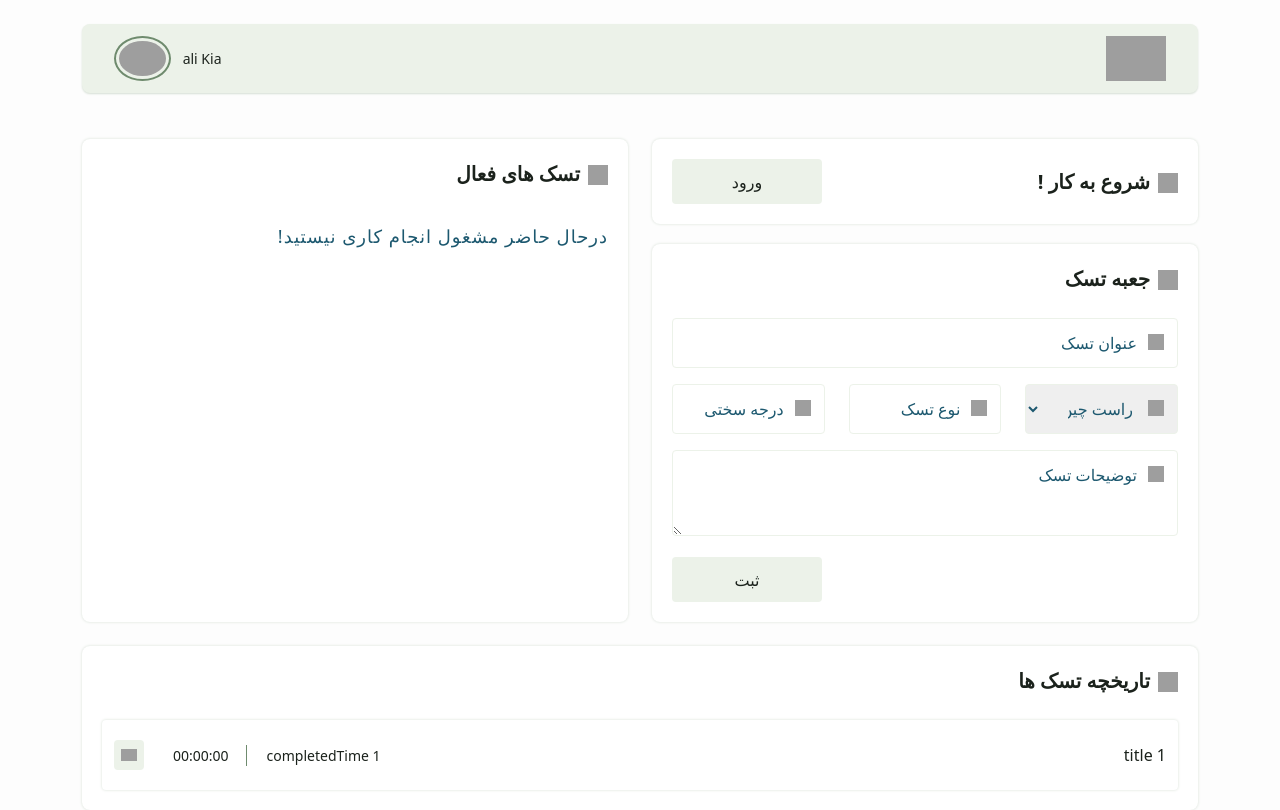
Repository: alirezvanikia/dynamic-form
Page: /
These files come from the project's save history. The page is drawn as it stood at one moment and after the next save; the edit follows.
The browser window is 1280 px wide. The pictures show the whole page.
Pictures or frames that could not be fetched are drawn as grey boxes. The project was rebuilt for these pictures with package versions that can differ from the ones it lists, and the page was loaded fresh each time. Also part of the build but not shown: vite.config.js, src/components/taskModal.vue.

Above is the page before, as saved 2024-11-09 21:40:58.

### src/App.vue
<template>
  <div class="task-manager" ref="taskManagerDiv">
    <div class="container">
      <header class="header">
        <div class="header__logo">
          <img class="header__image" src="./media/rtl-logo.png" alt="logo">
        </div>
        <div class="header__avatar">
          <div class="header__name">
            ali Kia
          </div>
          <img class="header__image" src="./media/avatar.png" alt="avatar">
        </div>
      </header>
      <div class="task-manager-area row">
        <div class="col-lg-6">
          <div class="task-manager-box task-manager-box__attendance-time">
            <div class="task-manager-title">
              <div class="task-manager-title__icon">
                <img src="./icons/cookie.svg" class="task-manager-icon" alt="cookie">
              </div>
              <div class="task-manager-title__text">
                شروع به کار !
              </div>
            </div>
            <div class="task-manager-box__attendance-btn">
              <button @click="addTask" class="btn btn--green me-auto">ورود</button>
            </div>
          </div>
          <div class="task-manager-box">
            <div class="task-manager-values">
              <div class="task-manager-title">
                <div class="task-manager-title__icon">
                  <img src="./icons/add-task-box.svg" class="task-manager-icon" alt="hand-scanner">
                </div>
                <div class="task-manager-title__text">
                  جعبه تسک
                </div>
              </div>
              <div class="row">
                <div class="col-lg-12">
                  <div class="task-manager-input">
                    <input v-model="newTaskTitle" type="text" placeholder="عنوان تسک"
                      class="task-manager-input__inner" />
                    <img src="./icons/pencil.svg" class="task-manager-icon" alt="pencil">
                  </div>
                </div>
                <div class="col-lg-4">
                  <div class="task-manager-input">
                    <select class="task-manager-input__inner" v-model="newTaskCategory"
                      aria-label="Default select example">
                      <option selected Default value="راست چین">راست چین</option>
                      <option value="هاست">هاست</option>
                      <option value="جلسه">جلسه</option>
                      <option value="متفرقه">متفرقه</option>
                    </select>
                    <img src="./icons/file-search.svg" class="task-manager-icon" alt="pencil">
                  </div>
                </div>
                <div class="col-lg-4">
                  <div class="task-manager-input">
                    <input type="text" v-model="newTaskType" placeholder="نوع تسک" class="task-manager-input__inner">
                    <img src="./icons/chart-network.svg" class="task-manager-icon" alt="chart-network">
                  </div>
                </div>
                <div class="col-lg-4">
                  <div class="task-manager-input">
                    <input type="number" v-model="newTaskLevel" placeholder="درجه سختی"
                      class="task-manager-input__inner">
                    <img src="./icons/tornado.svg" class="task-manager-icon" alt="tornado">
                  </div>
                </div>
                <div class="col-lg-12">
                  <div class="task-manager-input">
                    <textarea class="task-manager-input__inner" v-model="newTaskDescription" placeholder="توضیحات تسک"
                      id="exampleFormControlTextarea1" rows="3"></textarea>
                    <img src="./icons/microphone-alt.svg" class="task-manager-icon" alt="chart-network">
                  </div>
                </div>
                <div class="task-manager__action">
                  <button @click="addTask" class="btn btn--green me-auto">ثبت</button>
                </div>
              </div>
            </div>
          </div>
        </div>
        <div class="col-lg-6">
          <div class="task-manager-box h-100">
            <div class="task-manager-actives">
              <div class="task-manager-title">
                <div class="task-manager-title__icon">
                  <img src="./icons/recycle.svg" class="task-manager-icon" alt="hand-scanner">
                </div>
                <div class="task-manager-title__text">
                  تسک های فعال
                </div>
              </div>
            </div>
            <div class="row">
              <div class="col-lg-12">
                <div class="task-manager-card-container">
                  <!--
                  create cards and add 'activeTasks' for all
                  - `key`: every tasks key
                  - `isCompleted`: tasks status
                  - `@end-task="completeTask(task.id)`: call completed task with id after end task
                -->
                  <taskCard v-for="task in activeTasks" :key="task.id" :title="task.title"
                    :isCompleted="task.isCompleted" :id="task.id" @end-task="completeTask"
                    :completedTime="task.completedTime" @pause-task="pauseTask" @resume-task="resumeTask" />
                  <!-- For when the box is empty-->
                  <div class="task-manager-box__empty" v-if="activeTasks.length == 0">
                    درحال حاضر مشغول انجام کاری نیستید!
                  </div>
                </div>
              </div>
            </div>
          </div>
        </div>
        <div class="col-lg-12">
          <div class="task-manager-box mt-4">
            <div class="task-manager-history">
              <div class="task-manager-title">
                <div class="task-manager-title__icon">
                  <img src="./icons/time-twenty-four.svg" class="task-manager-icon" alt="time-twenty-four">
                </div>
                <div class="task-manager-title__text">
                  تاریخچه تسک ها
                </div>
              </div>
              <div class="task-manager-card-container">
                <div class="task-manager-card-container">
                  <taskCard v-for="task in completedTasks" :key="task.id" :title="task.title" :type="task.type"
                    :category="task.category" :isCompleted="task.isCompleted" :id="task.id"
                    :completedTime="task.completedTime" @detail-task="showTaskDetails(task.id)"
                    @end-task="completeTask" />
                </div>

              </div>
              <!-- For when the box is empty-->
              <div class="task-manager-box__empty" v-if="completedTasks.length == 0">
                تسک انجام شده ای در تاریخچه شما یافت نشد!
              </div>
            </div>
          </div>
        </div>
      </div>
    </div>

    <taskModal v-if="isModalVisible" :taskTitle="selectedTaskTitle" :taskCategory="selectedTaskCategory"
      :taskType="selectedTaskType" :taskLevel="selectedTaskLevel" :taskDescription="selectedTaskDescription"
      @close="hideTaskDetails" />

  </div>
</template>

<script>
//import axios from 'axios';
import taskCard from './components/taskCard.vue';
import TaskModal from './components/taskModal.vue';

export default {
  components: { taskCard, TaskModal },
  data() {
    return {
      newTaskTitle: '', // Save input value
      newTaskType: '', // Save input type
      newTaskLevel: '', // Save input type
      tasks: [], // Tasks list
      newTaskCategory: 'راست چین', // مقدار پیش‌فرض برای نمایش «راست چین»
      isModalVisible: false, // متغیر برای کنترل نمایش مدال
      selectedTaskTitle: '',
      selectedTaskCategory: '',
      selectedTaskType: '',
      selectedTaskLevel: '',
      selectedTaskDescription: '',
    };
  },
  computed: {
    activeTasks() {
      return this.tasks.filter(task => !task.isCompleted);
    },
    completedTasks() {
      return this.tasks.filter(task => task.isCompleted);
    },
  },
  methods: {
    fetchTasks() {
      fetch('/jsonData.json')
        .then(response => response.json())
        .then(data => {
          // Assuming each task has `isCompleted` property, if not, initialize it
          this.tasks = data.map(task => ({
            ...task, title: task.title,
            category: task.category,
            type: task.type,
            level: task.level,
            description: task.description,
            completedDate: task.completedDate,
            isCompleted: task.completedTime
              ? true : false
          })
          );
        })
        .catch(error => console.error('Error fetching tasks:', error));
    },

    addTask() {
      // افزودن تسک جدید به لیست تسک‌ها
      if (this.newTaskTitle) {
        this.tasks.push({
          id: Math.floor(Math.random() * 1000000), // تولید شناسه یکتا برای تسک
          title: this.newTaskTitle,
          type: this.newTaskType,
          category: this.newTaskCategory,
          level: this.newTaskLevel,
          description: this.newTaskDescription,
          isCompleted: false // وضعیت تکمیل نشده
        });
        // بازنشانی مقادیر فیلدهای فرم تسک جدید
        this.newTaskTitle = '';
        this.newTaskType = '';
        this.newTaskCategory = 'راست چین';
        this.newTaskLevel = '';
        this.newTaskDescription = '';
      }
    },

    completeTask(completedTime, id, completedElapsedTime) {
      // تابعی برای علامت زدن تسک به عنوان تکمیل شده
      const task = this.tasks.find(task => task.id === id); // پیدا کردن تسکی با شناسه‌ی مشخص
      if (task) { // بررسی وجود تسک
        task.isCompleted = true; // تنظیم وضعیت تسک به تکمیل شده
        task.completedTime = completedTime; // ثبت زمان تکمیل
        console.log(completedElapsedTime);
      }
    },

    pauseTask(id) {
      console.log(`Paused task with ID: ${id}`);
    },
    resumeTask(id) {
      console.log(`Resumed task with ID: ${id}`);
    },
    detailTask(id) {
      console.log(`Detail for task with ID: ${id}`);
      const taskManagerDiv = this.$refs.taskManagerDiv;

      // Log the div to the console
      console.log(taskManagerDiv);
    },
    removeCompletedTask(id) {
      this.tasks = this.tasks.filter(task => task.id !== id);
    },
    showTaskDetails(id) {
      const task = this.tasks.find(task => task.id === id);
      if (task) {
        this.selectedTaskTitle = task.title;
        this.selectedTaskCategory = task.category;
        this.selectedTaskType = task.type;
        this.selectedTaskLevel = task.level;
        this.selectedTaskDescription = task.description;

        this.isModalVisible = true;
      }
      console.log(`Show details for task with ID: ${id}`);
      const taskManagerDiv = this.$refs.taskManagerDiv;
      let overlayDiv = taskManagerDiv.querySelector('.overlay');

      if (!overlayDiv) {
        overlayDiv = document.createElement('div');
        overlayDiv.classList.add('overlay');
        overlayDiv.addEventListener('click', this.hideTaskDetails);
        taskManagerDiv.appendChild(overlayDiv);
      }
    },
    hideTaskDetails() {
      this.isModalVisible = false;
      const taskManagerDiv = this.$refs.taskManagerDiv;
      const overlayDiv = taskManagerDiv.querySelector('.overlay');
      if (overlayDiv) {
        taskManagerDiv.removeChild(overlayDiv);
      }
    },

    resetFormFields() {
      this.newTaskTitle = '';
      this.newTaskType = '';
      this.newTaskCategory = 'راست چین';
      this.newTaskLevel = '';
      this.newTaskDescription = '';
    },
  },
  created() {
    this.fetchTasks(); // فراخوانی داده‌ها هنگام لود شدن صفحه
  },

  mounted() {
    this.fetchTasks();
  }
};
</script>

### src/assets/app.scss
$color-white: #FFF;
$color-black: #1b221c;
$color-light: #ecf2e9;
$color-green: #6f8b6e;
$color-blue: #1c586f;
$radius-primary: 4px;
$radius-secondary: 8px;

* {
    margin: 0;
    padding: 0;
    box-sizing: border-box;
}

input[type=number]::-webkit-inner-spin-button,
input[type=number]::-webkit-outer-spin-button {
    -webkit-appearance: none;
    -moz-appearance: none;
    appearance: none;
}

body {
    direction: rtl;
    color: $color-black;
    font-size: 14px;
    font-weight: 400;
    background-color: #FDFDFD;
}

.btn {
    display: flex;
    align-items: center;
    justify-content: center;
    height: 45px;
    border-radius: $radius-primary;
    border: none;
    min-width: 150px;
    transition: all 0.3s;

    &.btn--green {
        background-color: $color-light;
        color: $color-black;

        &:hover {
            background-color: $color-green;
            color: $color-white;
            transition: all 0.3s;
        }
    }

    &.btn--blue {
        background-color: $color-blue;
        color: $color-white;

        &:hover {
            background-color: $color-blue;
            color: $color-white;
            transition: all 0.3s;
        }
    }

    &.btn--square {
        width: 30px;
        height: 30px;
        min-width: auto;

        img {
            width: 16px;
        }
    }
}

.overlay {
    background-color: #2a2a2ab8;
    position: fixed;
    width: 100%;
    height: 100%;
    z-index: 99;
    top: 0;
    right: 0;
}

.header {
    display: flex;
    justify-content: space-between;
    align-items: center;
    padding: 12px 32px;
    background-color: $color-light;
    border-radius: $radius-secondary;
    box-shadow: 0 1px 2px #d6dfd5;
    margin-top: 24px;

    &__avatar {
        display: flex;
        align-items: center;
        justify-content: center;
        gap: 12px;

        .header__image {
            border-radius: 50%;
            border: 2px solid $color-green;
            padding: 3px;
        }
    }

    &__image {
        height: 45px;
    }

    &__name {
        color: $color-black;
        font-size: 14px;
        font-weight: 500;
    }
}

.task-manager {
    &-box {
        padding: 20px;
        border-radius: $radius-secondary;
        box-shadow: 0 0 3px #d6dfd5;
        background-color: $color-white;

        &__empty {
            margin-top: 10px;
            font-size: 18px;
            color: $color-blue;
            letter-spacing: 1px;
        }

        &__attendance-time {
            height: auto;
            margin-bottom: 20px;
            display: flex;
            align-items: center;
            justify-content: space-between;

            .task-manager-title {
                margin-bottom: 0;
            }
        }
    }

    &-area {
        margin-top: 46px;
    }

    &-icon {
        width: 20px;
        height: 20px;
    }

    &-title {
        display: flex;
        align-items: center;
        justify-content: flex-start;
        gap: 8px;
        margin-bottom: 24px;

        &__text {
            color: $color-black;
            font-size: 20px;
            font-weight: 600;
        }
    }

    &-input {
        position: relative;
        margin-bottom: 16px;

        &__inner {
            min-height: 50px;
            border: 1px solid $color-light;
            border-radius: $radius-primary;
            width: 100%;
            padding: 0 40px 0 26px;
            font-size: 16px;
            color: $color-blue;

            &::placeholder {
                color: $color-blue;
            }

            &:focus-visible {
                outline: -webkit-focus-ring-color auto 0;
            }

            &:focus {
                border: 1px solid $color-blue
            }
        }

        textarea {
            padding: 12px 40px 0 26px;
        }

        .task-manager-icon {
            position: absolute;
            top: 16px;
            right: 14px;
            width: 16px;
            height: 16px;
        }
    }

    &-card {
        display: flex;
        align-items: center;
        justify-content: space-between;
        gap: 16px;
        padding: 12px;
        background-color: $color-white;
        box-shadow: 0 0 3px #d6dfd5;
        border-radius: $radius-primary;
        margin-bottom: 16px;
        transition: all 0.3s;
        color: $color-black;

        &:last-child {
            margin: 0;
        }

        &:hover {
            box-shadow: 0 0 3px #888787;
            transition: all 0.3s;
        }

        &.active {
            background-color: $color-green;
            color: $color-white;

            .btn--green {
                &:hover {
                    background-color: $color-white;
                }
            }
        }

        &__informations {
            display: flex;
            align-items: center;
            justify-content: center;
            gap: 12px;
        }

        &__actions {
            display: flex;
            align-items: center;
            justify-content: center;
            gap: 4px;
        }

        &__title {
            font-size: 16px;
            font-weight: 400;
        }

        &__date {
            padding-left: 20px;
            border-left: 1px solid $color-green;
        }

        &__timer {
            padding-right: 5px;
        }
    }

    &-history {
        .task-manager-card {
            height: 70px;
        }
    }

    &-modal {
        padding: 20px;
        border-radius: $radius-secondary;
        background-color: $color-light;
        width: 500px;
        height: auto;
        position: absolute;
        top: 50%;
        left: 50%;
        transform: translate(-50%, 0);
        z-index: 999;

        &__btn {
            min-width: 20px;
            height: 20px;
            background-color: transparent;
            position: absolute;
            top: 16px;
            left: 16px;
            border-radius: 50%;
            padding: 0;

            &:hover {
                background-color: $color-white;
            }
        }

        &__content {
            margin-top:25px;

            &-item {
                padding: 16px 2px;
                border-bottom: 1px solid $color-white;
                display: flex;
                align-items: center;
                justify-content: space-between;

                &:last-child {
                    border: none;
                }

                &-title {
                    font-weight: 600;
                    color: $color-blue;
                    min-width: 120px;
                }

                &-desc {
                    text-align: end;
                    color: $color-blue;
                }
            }
        }
    }

}

### src/components/taskCard.vue
<template>
    <div :class="{ active: !isCompleted }" class="task-manager-card">
        <!-- Task card with active class if not completed -->
        <div class="task-manager-card__content">
            <div class="task-manager-card__title">
                {{ title }}
            </div>
        </div>
        <div class="task-manager-card__informations">
            <div class="task-manager-card__date">
                {{ completedTime }} <!-- Show completion time if available -->
            </div>
            <div class="task-manager-card__timer">
                {{ formattedTime }} <!-- Show current time -->
            </div>
            <div class="task-manager-card__timer">
                {{ completedElapsedTime }} <!-- Show final or current time -->
            </div>
            <div class="task-manager-card__actions" v-if="!isCompleted">
                <div v-if="!isPaused" @click="pauseTask" class="btn btn--green btn--square">
                    <img src="../icons/pause.svg" alt="pause">
                </div>
                <div v-else @click="resumeTask" class="btn btn--green btn--square">
                    <img src="../icons/play.svg" alt="play">
                </div>
                <div @click="endTask" class="btn btn--green btn--square">
                    <img src="../icons/check.svg" alt="checkbox">
                </div>
            </div>
            <div class="task-manager-card__actions" v-else>
                <div @click="detailTask" class="btn btn--green btn--square">
                    <img src="../icons/exclamation.svg" alt="exclamation">
                </div>
            </div>
        </div>
    </div>
</template>

<script>
export default {
    props: {
        title: {
            type: String,
            required: true,
        },
        type: {
            type: String,
            required: true,
        },
        category: {
            type: String,
            required: true,
        },
        isCompleted: {
            type: Boolean,
            default: false,
        },
        id: {
            type: Number,
            required: true,
        },
        completedTime: { // Prop to display completion time
            type: String,
            default: ''
        },
        completedElapsedTime: { // تعریف prop برای زمان سپری شده نهایی
            type: Number,
            default: 0,
        },
        task: Object // Transfer the complete information of the task to the card component
    },

    data() {
        return {
            elapsedTime: 0, // Currently elapsed time
            timer: null, // Variables for save time
            isPaused: false, // Timer status
            completedElapsedTime: null, // Save the final elapsed time
            ShowedDetail: false,
            a: 0,
        };
    },
    computed: {
        formattedTime() {
            // Format to current time
            return this.formatTime(this.elapsedTime);
        },
        formattedCompletedTime() {
            // Final elapsed time format
            return this.formatTime(this.completedElapsedTime);
        }
    },
    watch: {
        // If the task is completed, stop the timer
        isCompleted(newValue) {
            if (newValue) {
                clearInterval(this.timer);
                this.completedElapsedTime = this.elapsedTime;
            }
        }
    },
    mounted() {
        // Start the timer when building the component if the task is not completed
        if (!this.isCompleted) {
            this.startTimer();
        }
    },
    beforeUnmount() {
        // Clear the timer before destroying the component
        clearInterval(this.timer);
    },
    methods: {
        // Start timer
        startTimer() {
            if (!this.isCompleted) {
                this.timer = setInterval(() => {
                    this.elapsedTime++;
                }, 1000);
            }
        },
        // Stop the timer and change the state
        pauseTask() {
            clearInterval(this.timer);
            this.isPaused = true;
            this.$emit('pause-task', this.id);
        },
        // Restart the timer and change the state
        resumeTask() {
            this.startTimer();
            this.isPaused = false;
            this.$emit('resume-task', this.id);
        },
        // Finish the task and save the final time
        endTask() {
            clearInterval(this.timer);

            this.completedElapsedTime = this.elapsedTime; // Save the final elapsed time

            const dateObj = new Date();
            const minutes = dateObj.getMinutes();
            const hours = dateObj.getHours();
            const day = dateObj.getDate();
            const month = dateObj.getMonth() + 1;
            const year = dateObj.getFullYear();

            this.compeletedTime = ` ${hours}:${minutes} - ${year}/${month}/${day}`;
            this.$emit('end-task', this.compeletedTime, this.id, this.completedElapsedTime); // Send completion event to parent
        },
        // Display task details
        detailTask() {
            this.$emit('detail-task', this.id); // Pass the task ID to the parent for display
        },
        // format to time (hour:minute:second)
        formatTime(timeInSeconds) {
            const hours = Math.floor(timeInSeconds / 3600);
            const minutes = Math.floor((timeInSeconds % 3600) / 60);
            const seconds = timeInSeconds % 60;
            return `${String(hours).padStart(2, '0')}:${String(minutes).padStart(2, '0')}:${String(seconds).padStart(2, '0')}`;
        }
    },
};
</script>

Loaded but not shown: public/index.html (common file); public/jsonData.json (13 lines, source omitted); src/main.js (7 lines, source omitted)

After the next save:
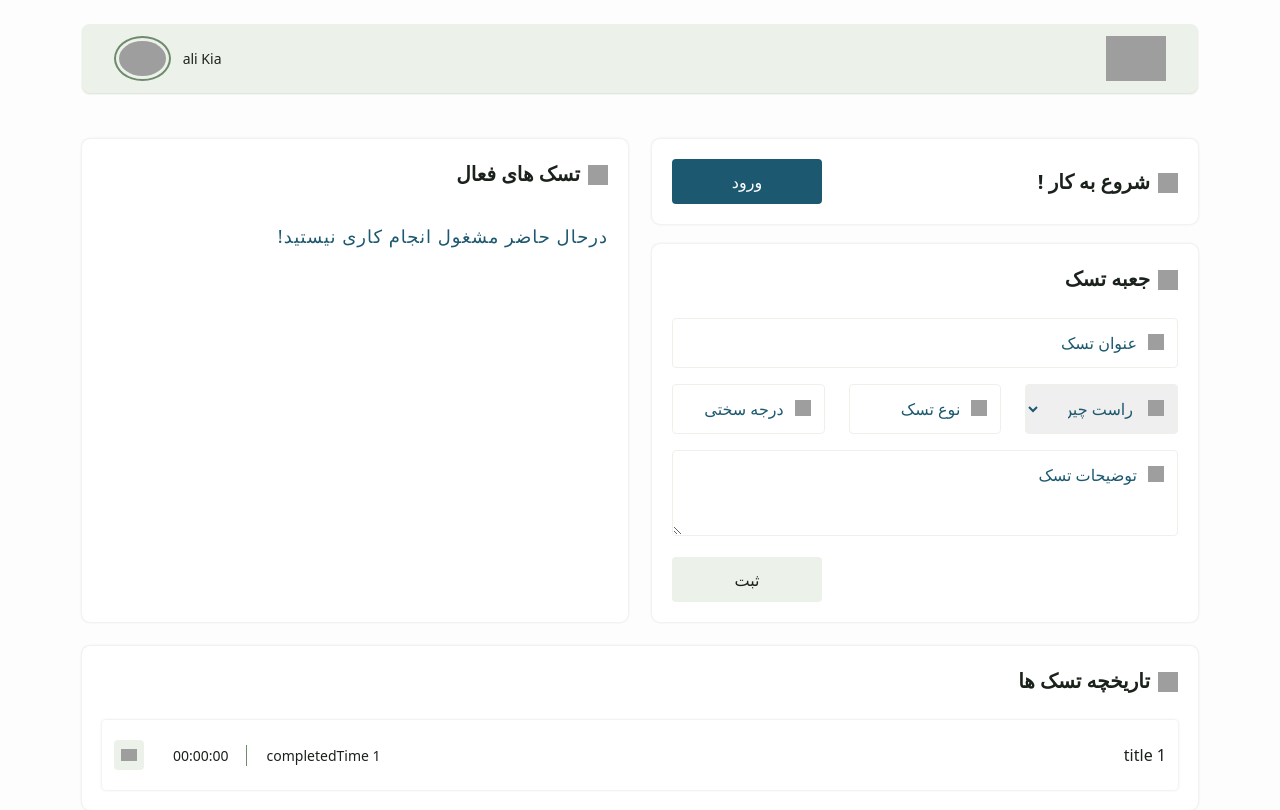
Saved 24 s later.
--- a/src/App.vue
+++ b/src/App.vue
@@ -24,7 +24,7 @@
               </div>
             </div>
             <div class="task-manager-box__attendance-btn">
-              <button @click="addTask" class="btn btn--green me-auto">ورود</button>
+              <button @click="addTask" class="btn btn--blue me-auto">ورود</button>
             </div>
           </div>
           <div class="task-manager-box">
